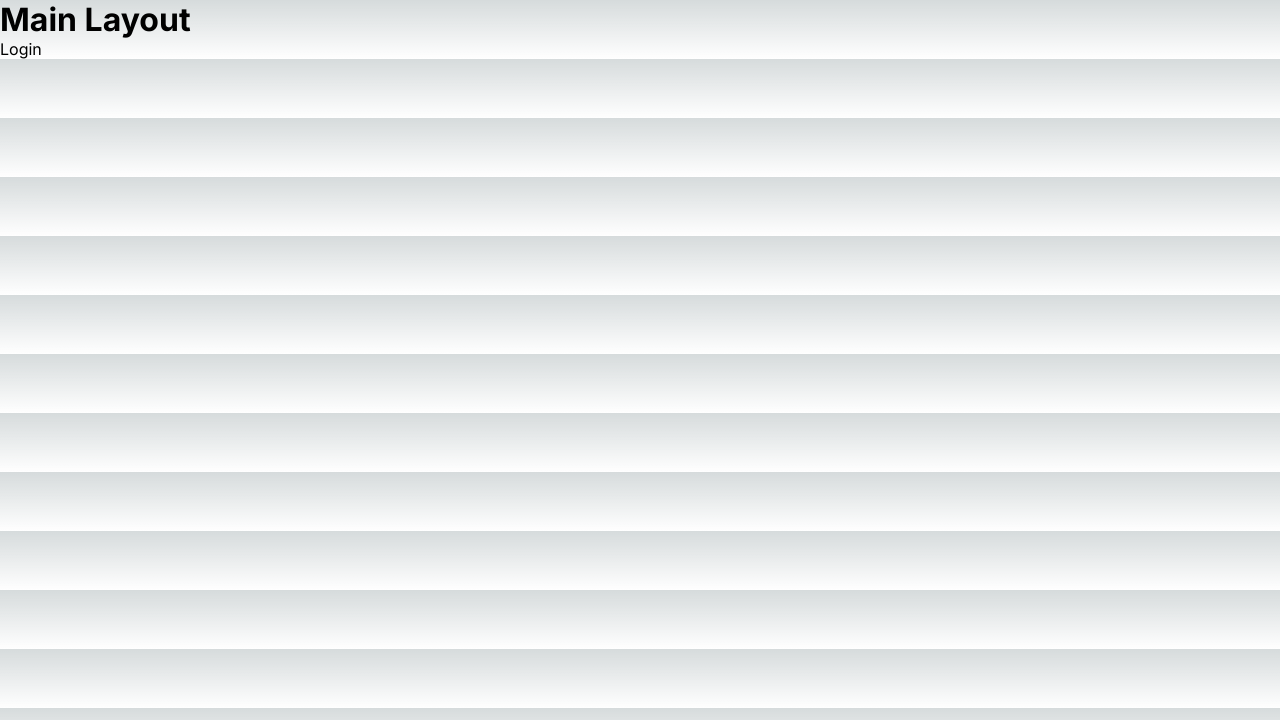
Repository: MikeeBuilds/umbr3llav2
Page: /dashboard/login
These files come from the project's save history. The page is drawn as it stood at one moment and after a run of saves; the edit follows.
The browser window is 1280 px wide. The pictures show the whole page.
The project was rebuilt for these pictures with package versions that can differ from the ones it lists, and the page was loaded fresh each time. The framework's server and built-in components were replaced by stand-ins that run in the browser. Also part of the build but not shown: next.config.js.

Above is the page before, as saved 2023-06-09 19:55:26.

After the next 8 saves:
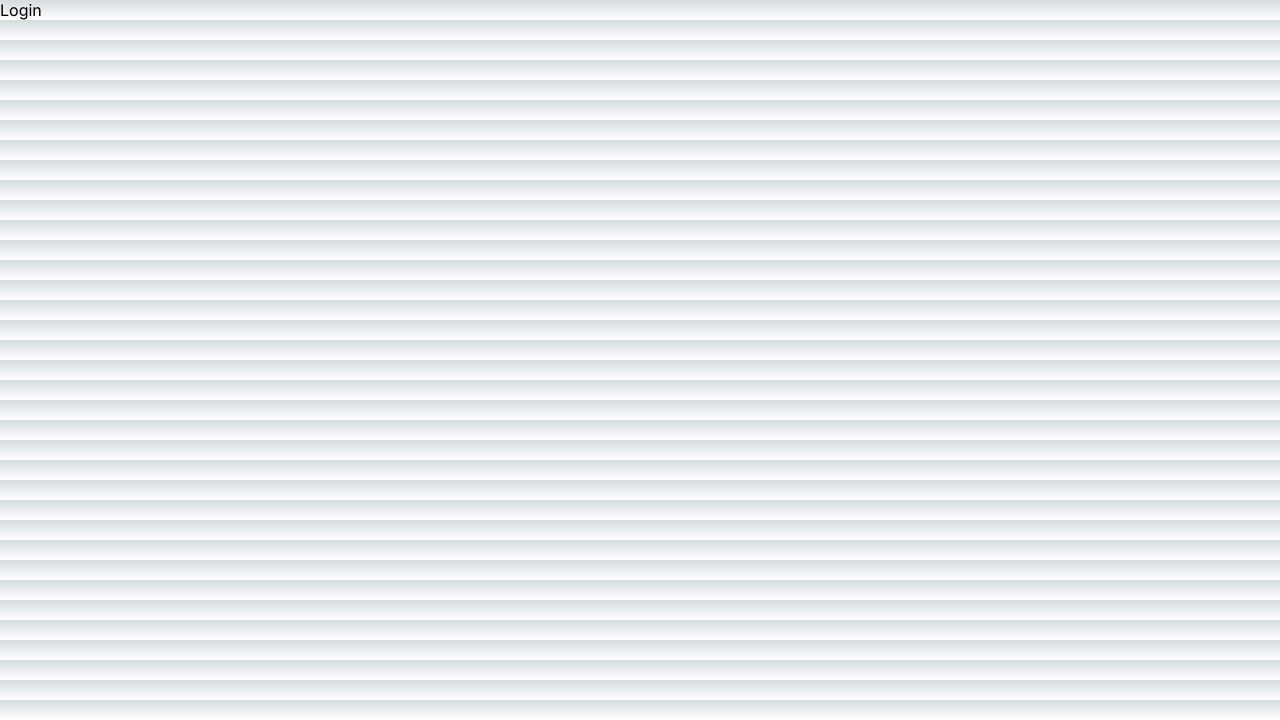
The 8 saves are shown as one change because 3 did not build or start and some came seconds apart.
The last was saved 58 s later.
--- a/src/app/layout.js
+++ b/src/app/layout.js
@@ -12,7 +12,7 @@ export default function RootLayout({ children }) {
   return (
     <html lang="en">
       <body className={inter.className}>
-        <h1>Main Layout</h1>
+
         {children}
       </body>
     </html>
